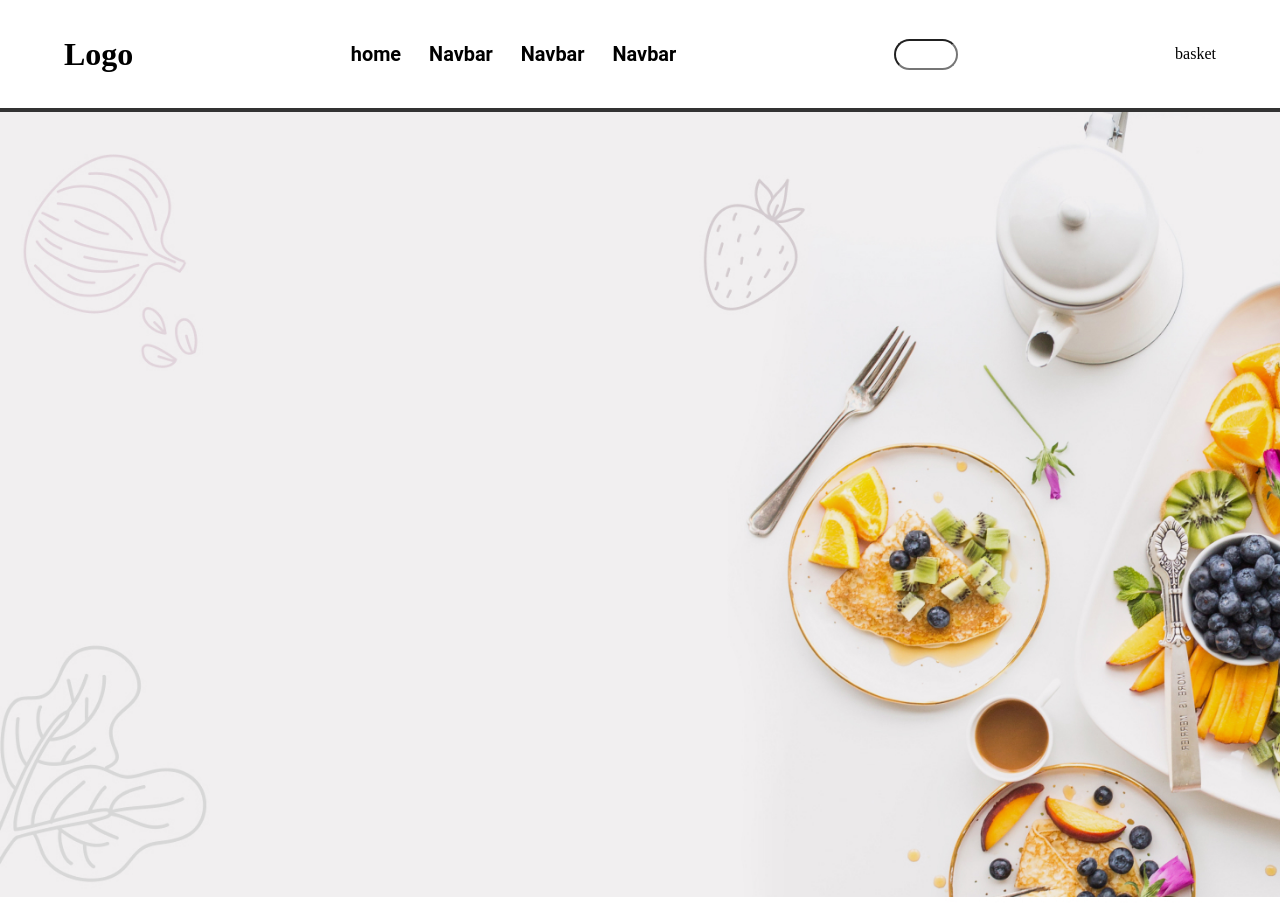
Repository: Islam432/Islam-and-Arsi---team
Page: /
These files come from the project's save history. The page is drawn as it stood at one moment and after the next save; the edit follows.
The browser window is 1280 px wide. The pictures show the whole page.
The project was rebuilt for these pictures with package versions that can differ from the ones it lists, and the page was loaded fresh each time. Also part of the build but not shown: vite.config.js, src/App.css, src/components/Comp/Comp.jsx.

Above is the page before, as saved 2023-03-11 23:44:09.

After the next save:
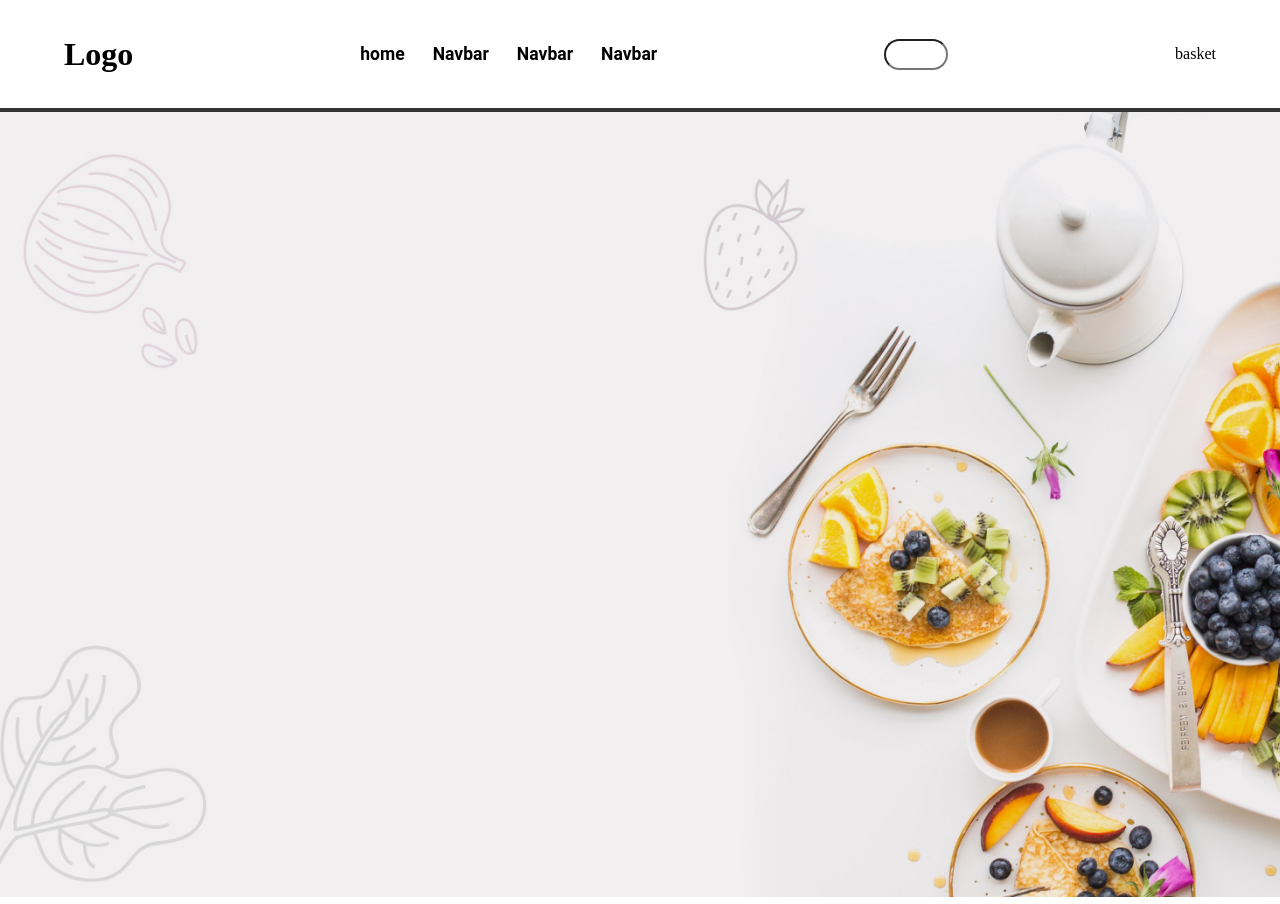
Saved 50 s later.
--- a/src/components/Navbar/Navbar.module.css
+++ b/src/components/Navbar/Navbar.module.css
@@ -24,7 +24,7 @@ border-bottom: 4px solid #333;
 
   font-family: Roboto;
   font-style: Bold;
-  font-size: 17px;
+  font-size: 15px;
 
 }
 .NavLink{
